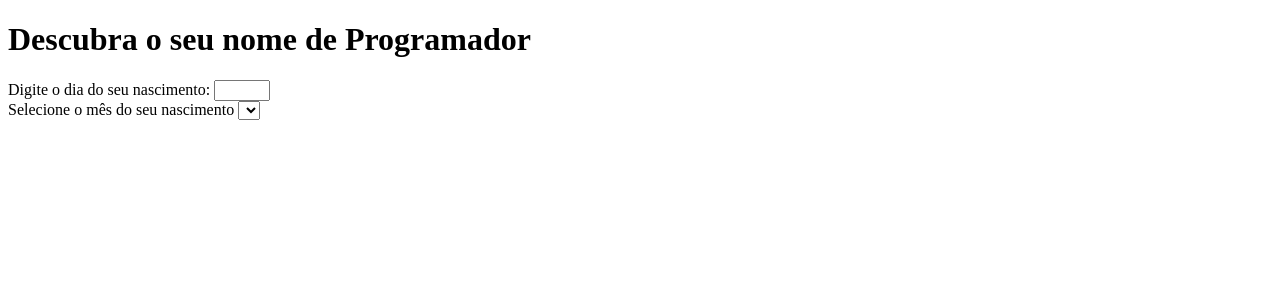
Repository: analessp/seu-nome-dev
Page: index.html
An editor plug-in stored every save of this project. The page is shown before and after a run of saves, followed by the edit.
The browser window is 1280 px wide. The pictures show the whole page.

Above is the page before, as saved 2025-05-13 10:37:31.

After the next 5 saves:
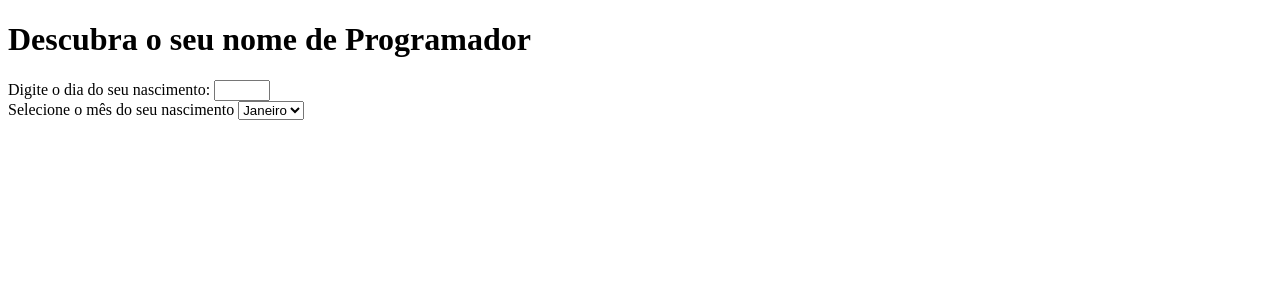
The 5 saves are shown as one change because they came seconds apart.
The last was saved 29 s later.
--- a/index.html
+++ b/index.html
@@ -16,7 +16,7 @@
         <div class="form-group">
             <label for="mes">Selecione o mês do seu nascimento</label>
             <select id="mes">
-                <option value
+                <option value="1">Janeiro</option>
             </select>
         </div>
     </div>
